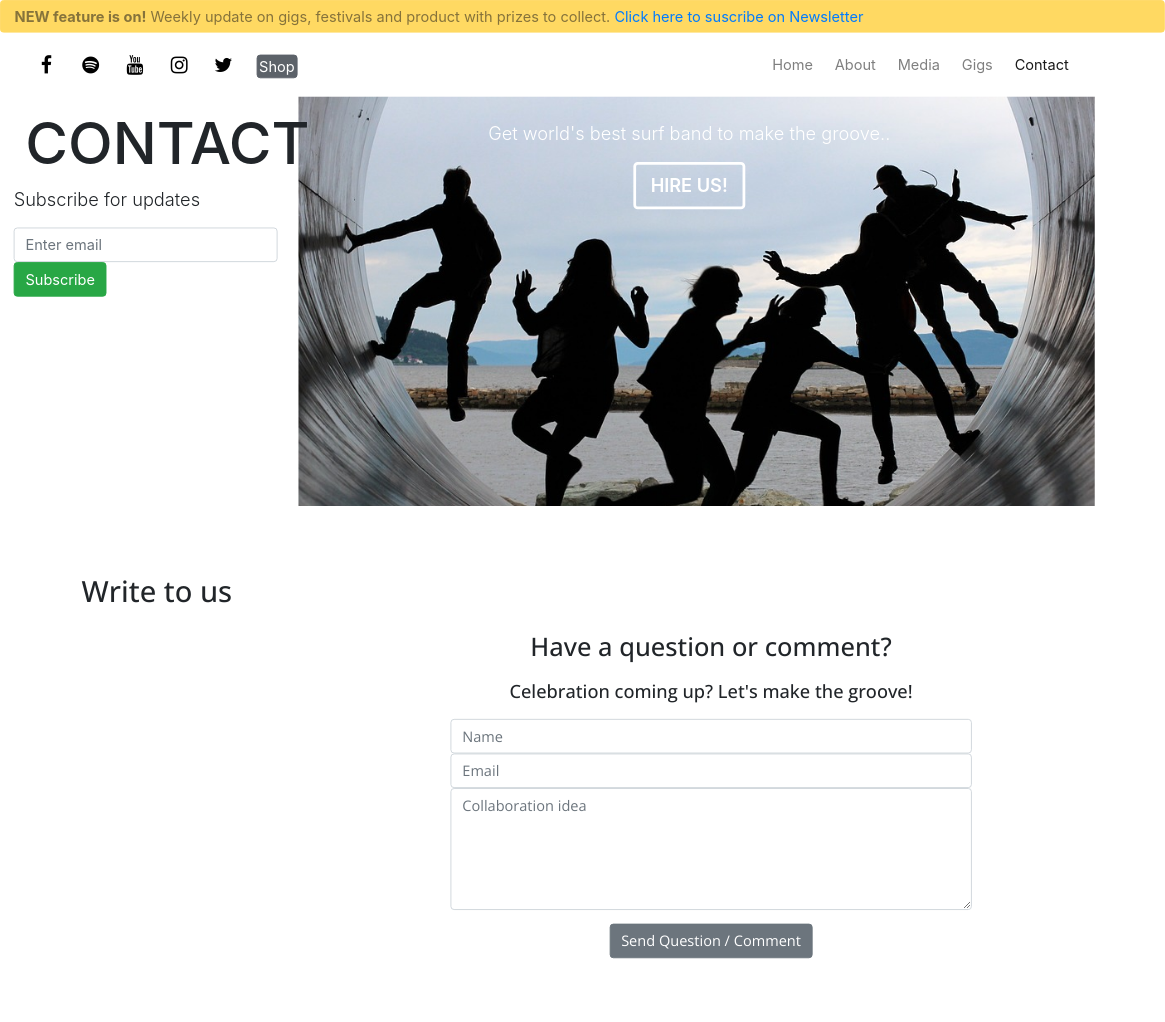
Repository: NamcorStudent/Stream_1_Project_HTML5-CSS3
Page: contact.html
The author's editor kept a record of every edit. The page is drawn from the files as they stood at one moment, then again after the next edit.
The browser window is 1280 px wide. The pictures show the whole page, at 91% of full size.
Some web libraries are served in a nearby version.

Above is the page before.

### contact.html
<!DOCTYPE html>
<html lang="en">

<head>
    <meta charset="UTF-8">
    <meta name="viewport" content="width=device-width, initial-scale=1.0">
    <meta http-equiv="X-UA-Compatible" content="ie=edge">
    <link rel="stylesheet" href="https://maxcdn.bootstrapcdn.com/bootstrap/4.2.1/css/bootstrap.min.css" type="text/css" />
    <link rel="stylesheet" href="https://maxcdn.bootstrapcdn.com/font-awesome/4.7.0/css/font-awesome.min.css" type="text/css" />
    <link rel="stylesheet" href="assets/css/style.css" type="text/css" />
    <title>The Bambi Molesters | Official</title>
</head>

<body>
    <!--Alert for subscription-->
    <div class="container-fluid alert-container">
        <div class="row d-none d-sm-block no-gutters">
            <div class="col-12">
                <div class="alert alert-warning">
                    <strong>NEW feature is on!</strong> Weekly update on gigs, festivals and product with prizes to collect. <a href="#" data-toggle="modal" data-target="#subscribeModal">Click here to suscribe on Newsletter</a>
                </div>
            </div>
        </div>
    </div>
    <!--Social & Nav-->
    <div class="container-fluid nav-wrapper">
        <nav class="navbar navbar-light navbar-expand-sm">
            <div class="social-links mr-auto">
                <ul class="list-inline social-links">
                    <li class="list-inline-item">
                        <a target="_blank" href="https://www.facebook.com/pages/category/Musician-Band/The-Bambi-Molesters-10150106968535328/">
                            <i class="fa fa-facebook" aria-hidden="true"></i>
                            <span class="sr-only">Facebook</span>
                        </a>
                    </li>
                    <li class="list-inline-item">
                        <a target="_blank" href="https://open.spotify.com/artist/1dRGueaS4tR1zmizinwXbx">
                            <i class="fa fa-spotify" aria-hidden="true"></i>
                            <span class="sr-only">Spotify</span>
                        </a>
                    </li>
                    <li class="list-inline-item">
                        <a target="_blank" href="https://www.youtube.com/user/bambimolesters">
                            <i class="fa fa-youtube" aria-hidden="true"></i>
                            <span class="sr-only">YouTube</span>
                        </a>
                    </li>
                    <li class="list-inline-item">
                        <a target="_blank" href="https://www.instagram.com/explore/tags/bambimolesters/">
                            <i class="fa fa-instagram" aria-hidden="true"></i>
                            <span class="sr-only">Instagram</span>
                        </a>
                    </li>
                    <li class="list-inline-item">
                        <a target="_blank" href="https://twitter.com/bambimolesters?lang=en">
                            <i class="fa fa-twitter" aria-hidden="true"></i>
                            <span class="sr-only">Twitter</span>
                        </a>
                    </li>
                    <li class="list-inline-item">
                        <a target="_blank" href="https://www.discogs.com/artist/342698-The-Bambi-Molesters">
                            <button class="btn btn-dark" aria-hidden="true">Shop</button>
                            <span class="sr-only">Shop</span>
                        </a>
                    </li>
                </ul>
            </div>
            <!-- Collaps Nav-Same container as nav-->

            <button class="navbar-toggler" type="button" data-toggle="collapse" data-target="#navbarTogglerDropdown" aria-controls="navbarTogglerDemo02" aria-expanded="false" aria-label="Toggle navigation">
            <span class="navbar-toggler-icon"></span>
            </button>
            <div class="collapse navbar-collapse" id="navbarTogglerDropdown">
                <ul class="navbar-nav ml-auto">
                    <li class="nav-item mr-2"><a class="nav-link" href="index.html">Home</a></li>
                    <li class="nav-item mr-2"><a class="nav-link" href="about.html">About</a></li>
                    <li class=" nav-item mr-2"><a class="nav-link" href="media.html">Media</a></li>
                    <li class="nav-item mr-2"><a class="nav-link" href="gigs.html">Gigs</a></li>
                    <li class="active nav-item mr-2"><a class="nav-link" href="contact.html">Contact</a></li>
                    <li class="nav-item mr-2 d-block d-sm-none"><a class="nav-link btn btn-success" href="#" data-toggle="modal" data-target="#subscribeModal">Click to suscribe on Newsletter!!!</a></li>
                </ul>
            </div>
        </nav>
    </div>
    <!-- Callout & BG Image-->
    <div class="container-fluid callout-container">
        <div class="row">
            <div class="col-3 page-title">
                <h1><span>Contact</span></h1>
                <div class="subscribe-call d-none d-sm-block">
                    <p class="lead">Subscribe for updates</p>
                    <input type="email" class="form-control" id="InputEmail" aria-describedby="emailHelp" placeholder="Enter email">
                     <button type="submit" class="btn btn-success">Subscribe</button>

                </div>
            </div>
            <div class="col-12 hero-image">
                <div class="row ">
                    <div class="col">
                        <div class="jumbotron text-center">
                            <h6 class="d-block d-sm-none">Special occasion comming up?</h6>
                            <p class="lead d-none d-sm-block">Get world's best surf band to make the groove..</p>
                            <p><button class="btn btn-lg btn-success btn-cta" data-toggle="modal" data-target="#signUpModal">Hire us!</button></p>
                        </div>
                    </div>
                </div>
                <a href="index.html"><img src="assets/images/contact960x592.jpg"></img></a>
            </div>
        </div>
    </div>


    <!--Content unique to the page-->
    <div class="conteiner-fluid page-content-container">
        <div class="row">
            <div class="col-sm-3" id="band-selection">
                <div class="list-group media-list d-sm-none">
                    <a href="#month-one" class="list-group-item list-group-item-action">August</a>
                    <a href="#month-two" class="list-group-item list-group-item-action">September</a>
                    <a href="#month-three" class="list-group-item list-group-item-action">October</a>
                    <a href="#month-distant" class="list-group-item list-group-item-action">More than 3 months away</a>
                </div>
            </div>
        </div>
        <div class="row media-material gigs-material">
            <div class="col band-bio-container media-content-container" id="band-bio">
                <div class="row gigs-content">
                    <div class="col gigs-schedule">
                        <h2 id="video" class="media-sub-heading">Write to us</h2>
                        <div class="row gigs-content">
                            <div class="d-none d-sm-block col-sm-3">
                            </div>
                            <div class="col-sm-9">
                                <div class="row bg-color-contact">
                                    <div class="col">
                                        <h3 class="contact-heading uppercase text-center">Have a question or comment?</h3>
                                        <h5 class="uppercase text-center">Celebration coming up? Let's make the groove!</h5>

                                        <div class="center-form">
                                            <form>
                                                <input type="text" name="name" id="fullname" class="form-control" placeholder="Name" required />
                                                <input type="email" name="email" id="emailaddress" class="form-control" placeholder="Email" required />
                                                <textarea rows="5" name="collaborationSummary" id="collaborationSummary" class="form-control" placeholder="Collaboration idea" required></textarea>
                                                <div class="form-row text-center">
                                                    <div class="col">
                                                        <button type="submit" class="btn btn-secondary btn-submit-form">Send Question / Comment</button>
                                                    </div>
                                                </div>
                                            </form>
                                        </div>

                                    </div>
                                </div>
                            </div>
                        </div>

                    </div>
                </div>
            </div>

        </div>

        <!---Modal for subscription-->
        <div class="modal" tabindex="-1" role="dialog" id="subscribeModal">
            <div class="modal-dialog" role="document">
                <div class="modal-content">
                    <div class="modal-header">
                        <h5 class="modal-title">Subscribe to New TBM Newsletter!</h5>
                        <button type="button" class="close" data-dismiss="modal" aria-label="Close">
          <span aria-hidden="true">&times;</span>
        </button>
                    </div>
                    <div class="modal-body">
                        <p>Updates on gigs, prizes and uniquie band products;)</p>
                        <hr>
                        <form>
                            <div class="form-group">
                                <label for="InputEmail">Email address</label>
                                <input type="email" class="form-control" id="InputEmail" aria-describedby="emailHelp" placeholder="Enter email">
                                <small id="emailHelp" class="form-text text-muted">We'll never share your email with anyone else.</small>
                            </div>
                            <div class="form-group">
                                <label for="VerifyEmail">Verefy Email address</label>
                                <input type="email" class="form-control" id="VerifyEmail" aria-describedby="VerifyEmail" placeholder="Verify email">
                                <small id="emailHelp" class="form-text text-muted">You may un-suscribe at any moment. Details in Confiramtion Email.</small>
                            </div>
                            <button type="submit" class="btn btn-success">Subscribe</button>
                        </form>
                    </div>
                </div>
            </div>
        </div>

        <script src="https://code.jquery.com/jquery-3.3.1.slim.min.js" integrity="sha384-q8i/X+965DzO0rT7abK41JStQIAqVgRVzpbzo5smXKp4YfRvH+8abtTE1Pi6jizo" crossorigin="anonymous"></script>
        <script src="https://cdnjs.cloudflare.com/ajax/libs/popper.js/1.14.7/umd/popper.min.js" integrity="sha384-UO2eT0CpHqdSJQ6hJty5KVphtPhzWj9WO1clHTMGa3JDZwrnQq4sF86dIHNDz0W1" crossorigin="anonymous"></script>
        <script src="https://stackpath.bootstrapcdn.com/bootstrap/4.3.1/js/bootstrap.min.js" integrity="sha384-JjSmVgyd0p3pXB1rRibZUAYoIIy6OrQ6VrjIEaFf/nJGzIxFDsf4x0xIM+B07jRM" crossorigin="anonymous"></script>

        <script src="js/jquery.js"></script>
        <script src="js/main.js"></script>
</body>

</html>

### assets/css/style.css
@import url('https://fonts.googleapis.com/css?family=Open+Sans:100,200,300,400,500,600,700,800,900 | Ubuntu: 100,200,300,400,500,600,700,800,900');

/* ---------------------------------------GENERAL CONTENT */

/* Alert */

.alert-container {
    padding: 0;
    margin: 0;
    border: 0;
}

.alert-warning {
    margin: 0;
    padding: 5px 15px;
    color: #86733b;
    background-color: #ffd962;
    border-color: #ffd962;
}

/* Social */

.navbar .social-links li a i {
    margin: 0;
    width: 25px;
    height: 25px;
    padding: 12px 0;
    border-radius: 20%;
    line-height: 1px;
    text-align: center;
    vertical-align: center;
    color: #000;
    background: #fff;
    transition: all 0.35s ease-in-out;
    -moz-transition: all 0.35s ease-in-out;
    -webkit-transition: all 0.35s ease-in-out;
    -o-transition: all 0.35s ease-in-out;
}


.list-inline{
    margin: 0;
    font-size: 1.35rem;
}

.list-inline-item:not(:last-child) {
    margin-right: 1.1rem;
}

.btn-dark {
    color: #fff;
    background-color: #5c6269;
    border-color: #5c6269;
    padding: 0 2px;
    display: block;
}

/* Navigation */

.nav-wrapper{
    position: relative;
    top: 0;
    left: 0;
    padding-left: 0;
    padding-right: 0;
}

.nav {
    background-color: #fff;
}

.navbar{
    margin-bottom: 0;
    border: 0;
    width: 100%;
    background-color: #fff;
    padding-right: 7%;
    padding-left: 3%;
    height: 70px;

}

.navbar .navbar-nav a{
    padding: 0 30px;
}


/* Page title */

.row .page-title{
    position: absolute;
    z-index: 1;
}

.offset-span{
    margin-left: 6.4vw;
}

.row .page-title h1{
    font-size: 5vw;
    margin-top: 1vw;
    margin-left: 1vw;
    text-transform: uppercase;
}

/* Jumbotron and Image */
.callout-container {
    /*height: 80vh;*/
    max-height: 450px;
    overflow: hidden;
}

.jumbotron,
.callout-container img {
    width: 70%;
    margin-left: 25%;
}

.hero-image {
    position: relative;
    left: 0;
}

.jumbotron{
    position: absolute;
    background-color: transparent;
    color: #fff;
    margin-left: 23vw;
    padding-top: 2vw;
}

.btn-cta{
    background-color: transparent;
    border: 3px solid #fff;
    text-transform: uppercase;
    font-weight: 600;
    transition: all 0.35s ease-in-out;
    -moz-transition: all 0.35s ease-in-out;
    -webkit-transition: all 0.35s ease-in-out;
    -o-transition: all 0.35s ease-in-out;
}

/* Hover */

.social-links li a i:hover{
    background-color: #000;
    color: #fff;
}

#navbarTogglerDropdown > ul > li:hover{
    font-weight: 500;
}

.btn-cta:hover,
.btn-cta:active,
.btn-cta:focus,
.btn-cta:active:focus {
    background-color: rgba(0,0,0,0.4);
    border-color: #ffd962 ;
    color: #ffd962;
    box-shadow: none;
}

/* Media Query for Moblie */

@media (max-width:575px){
#navbarTogglerDropdown {
    background-color: #fff;
    z-index: 1;
    width: 100vw;
    height: 100vh;
    text-align: center;
    text-transform: uppercase;
    }

.list-inline .social-links{
    font-size: 1.35rem;
    }

.social-links .list-inline .list-inline-item{
    margin-right: 0.3rem;
}

#navbarTogglerDropdown > ul > li{
    margin-top: 12%;
    font-size: 20px;
    letter-spacing: 4px;
    }

.quotes .blockquote p{
    margin-top: 6vw;
    }

.btn-outline-secondary{
    margin-bottom: 6vw;
    }

.conteiner-fluid.page-content-container{
    margin-top: 25px;
    }

.media-sub-heading{
    margin: 15px 0px;
}

}

/* ------------------------------------ CONTENT UNIQUE TO PAGE */

.page-content-container{
    margin: 0 7%;
    font-family: "Open Sans", sans-serif;
    margin-top: 50px;
}

.list-group-item{
        display: flow-root;
}

/* About */
.band-members > a > i,
#band-selection > .list-group.band-memebers > a > i{
    float: right;
}

.quotes{
    font-family: "ubuntu", sans-serif;
    color: #61bebf;
}

.quotes .blockquote{
    margin-top: 3vw;
    font-size: 1.40rem;
}

.btn-outline-secondary{
    margin-bottom: 3vw;
}

.band-bio-container{
    text-align: justify;
}

/* Media */
.media-content-conteiner{
    margin-bottom: 50px;
}

.video-title{
    text-transform: uppercase;
    text-align: left;
    padding: 5px 10px 0px;
}
.music-column p,
.video-column p{
    text-align: right;
}

.music-column .label-name,
.video-column .video-director-name{
    text-transform: uppercase;
}

hr.video-divider{
    border-top: 1px solid #333;
}


/*------------------MUSIC PLAYER---------------------------------*/
.clearfix,
#music-player-container,
#audio-info,
.cover,
button{
    margin: 0;
    padding: 0;
    border: none;
    outline: none;
}

.clearfix{
	clear:both;
}

#music-player-container{
	font-size:13px;
	line-height:1.5em;
	color:#fff;
	max-width: 330px;
	min-height:400px;
	background:#333;
	overflow:auto;
	margin:25px auto;
	-moz-border-radius:10px;
	-webkit-border-radius:10px;
	border-radius:10px;
	border:#666 solid 2px;

}

#audio-image{
	position:relative;
	overflow:hidden;
	height:200px;
	margin-bottom:15px;
}

#audio-info{
	text-align:center;
}

#audio-info .artist{
	font-weight:bold;
}

.cover{
	width:100%;
	z-index:1;
}

input#volume {
	width:95%;
	margin-left:2%;
    -webkit-appearance: none !important;
    background:#ccc;
    height:1px;
	margin-bottom:20px;
}
input#volume::-webkit-slider-thumb {
    -webkit-appearance: none !important;
    background:url(../images/musicPlayerImg/knob.png) no-repeat;
    height:12px;
    width:12px;
}

#buttons{
	width:90%;
	display: block;
    margin: 15px auto;
	margin-left:23px;
	overflow:auto;
}


button#play{
	width:70px;
	height:70px;
	background:url(../images/musicPlayerImg/play.png) no-repeat;float:left;
}

button#pause{
	width:70px;
	height:70px;
	background:url(../images/musicPlayerImg/pause.png) no-repeat;float:left;
}

button#stop{
	width:70px;
	height:70px;
	background:url(../images/musicPlayerImg/stop.png) no-repeat;float:left;
}

button#prev{
	min-width:65px;
	height:70px;
	background:url(../images/musicPlayerImg/prev.png) no-repeat;
	float:left;
	margin-top:15px;
}

button#next{
	min-width:65px;
	height:70px;
	background:url(../images/musicPlayerImg/next.png) no-repeat;
	float:right;
	margin-top:15px;
}

#playlist {
    list-style-type: none;
	padding:10px;
}

#playlist li {
    cursor: pointer;
    margin:5px;
}

#tracker{
	position:relative;
	width:100%;
}

#playlist li.active {
    font-weight: bold;
	padding:3px;
	background:#666;
}

#progressBar {
   width:80%;
   margin-left:2%;
   margin-bottom:20px;
   margin-top:9px;
   height:10px;
   background:url(../images/musicPlayerImg/progress_bg.png) no-repeat;
   float:left;
}

#progress {
   background:url(../images/musicPlayerImg/progress.png) no-repeat;
   height:10px;
   display:inline-block;
}

#duration{
	position:absolute;
	top:0;
	right:10px;
	padding:4px 8px;
	background:#000;
	border-radius:5px;
}

/*---------------/MUSIC PLAYER STYLING OVER--------------------*/

/*gallery*/
.gallery-row{
  margin: 15px;
}


/*-------------------------------------------GIGS---------------------------------*/
.gigs-content{
    margin-top: 25px;
    margin-bottom: 25px;
}

.gigs-dates{
    align-items: baseline;
    display: border-box;
    padding: 0 20px;
}
.gigs-info .gigs-day{
    font-size: 1rem;
}

.gigs-info{
    display: border-box;
    padding: 2px 15px;
}

.gigs-info.tickets-btn-center{
    text-align: center;
}

.gigs-info a button{
    width: 200px;

}

.btn-tickets{
    color: #000;
    background-color: transparent;
    border: 1px solid #000;
    transition: all 0.35s ease-in-out;
    -moz-transition: all 0.5s ease-in-out;
    -webkit-transition: all 0.5s ease-in-out;
    -o-transition: all 0.5s ease-in-out;
}

.btn-tickets:hover,
.btn-tickets:active,
.btn-tickets:focus,
.btn-tickets:active:focus{
    box-shadow: none;
    color: #fff;
    background-color: #000;
    border: 1px solid #000;
}

/*------------------------------------------CONTACT--------------------------*/

.contact-heading {
    margin-bottom: 20px;
}

.center-form {
    padding-top: 10px;
    margin: 0 auto;
    max-width: 70%;
}

.btn-submit-form {
    margin-top: 15px;
    margin-bottom: 20px;

}

### assets/js/main.js
var audio;

//Hide Pause Initially
$('#pause').hide();

//Initializer - Play First Song
initAudio($('#playlist li:first-child'));

function initAudio(element){
	var song = element.attr('song');
    var title = element.text();
    var cover = element.attr('cover');
    var artist = element.attr('artist');

	//Create a New Audio Object
	audio = new Audio('assets/audio/playOutOfTune/' + song);

	if(!audio.currentTime){
		$('#duration').html('0.00');
	}

	$('#audio-player .title').text(title);
    $('#audio-player .artist').text(artist);

	//Insert Cover Image
	$('img.cover').attr('src','assets/images/musicPlayerImg/covers/' + cover);

	$('#playlist li').removeClass('active');
    element.addClass('active');
}


//Play Button
$('#play').click(function(){
	audio.play();
	$('#play').hide();
	$('#pause').show();
	$('#duration').fadeIn(400);
	showDuration();
});

//Pause Button
$('#pause').click(function(){
	audio.pause();
	$('#pause').hide();
	$('#play').show();
});

//Stop Button
$('#stop').click(function(){
	audio.pause();
	audio.currentTime = 0;
	$('#pause').hide();
	$('#play').show();
	$('#duration').fadeOut(400);
});

//Next Button
$('#next').click(function(){
    audio.pause();
    var next = $('#playlist li.active').next();
    if (next.length == 0) {
        next = $('#playlist li:first-child');
    }
    initAudio(next);
	audio.play();
	showDuration();
});

//Prev Button
$('#prev').click(function(){
    audio.pause();
    var prev = $('#playlist li.active').prev();
    if (prev.length == 0) {
        prev = $('#playlist li:last-child');
    }
    initAudio(prev);
	audio.play();
	showDuration();
});

//Playlist Song Click
$('#playlist li').click(function () {
    audio.pause();
    initAudio($(this));
	$('#play').hide();
	$('#pause').show();
	$('#duration').fadeIn(400);
	audio.play();
	showDuration();
});

//Volume Control
$('#volume').change(function(){
	audio.volume = parseFloat(this.value / 10);
});

//Time Duration
function showDuration(){
	$(audio).bind('timeupdate', function(){
		//Get hours and minutes
		var s = parseInt(audio.currentTime % 60);
		var m = parseInt((audio.currentTime / 60) % 60);
		//Add 0 if seconds less than 10
		if (s < 10) {
			s = '0' + s;
		}
		$('#duration').html(m + '.' + s);
		var value = 0;
		if (audio.currentTime > 0) {
			value = Math.floor((100 / audio.duration) * audio.currentTime);
		}
		$('#progress').css('width',value+'%');
	});
}

Loaded but not shown: assets/js/jquery.js (library)

After the next edit:
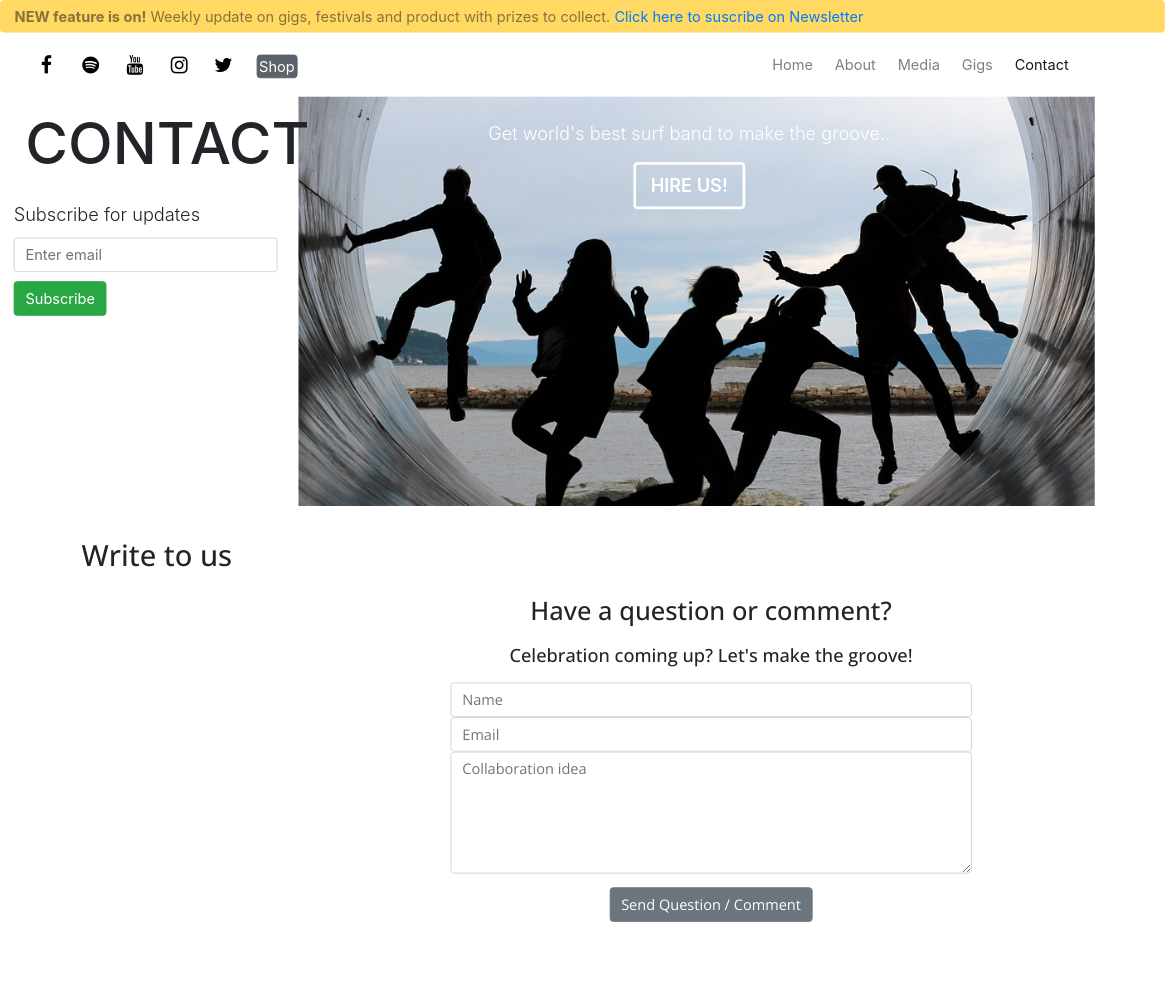
The edit:
--- a/assets/css/style.css
+++ b/assets/css/style.css
@@ -496,3 +496,22 @@ button#next{
     margin-bottom: 20px;
 
 }
+
+.subscribe-call{
+    margin-top: 25px;
+}
+
+.subscribe-call>button{
+    margin-top: 10px;
+}
+
+.subscribe-call>p {
+    margin-bottom: 10px;
+}
+
+.conteiner-fluid.page-content-container{
+    margin-top:10px;
+}
+.row .contact-content{
+    margin-top: 0;
+}
